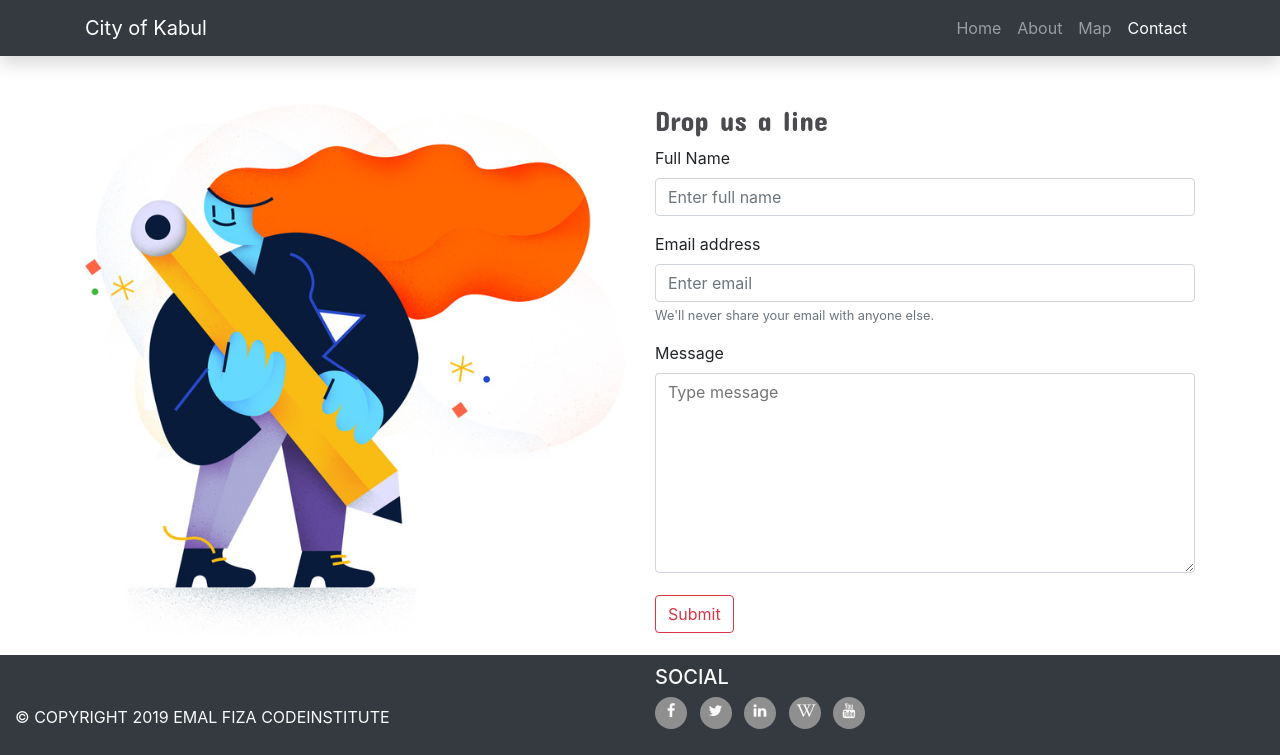
Repository: emalfiza/project-kabul
Page: contact.html
The author's editor kept a record of every edit. The page is drawn from the files as they stood at one moment, then again after the next edit.
The browser window is 1280 px wide. The pictures show the whole page.
Some web fonts or font styles are not loaded; a fallback is used. Some web libraries are served in a nearby version.

Above is the page before.

After the next edit:
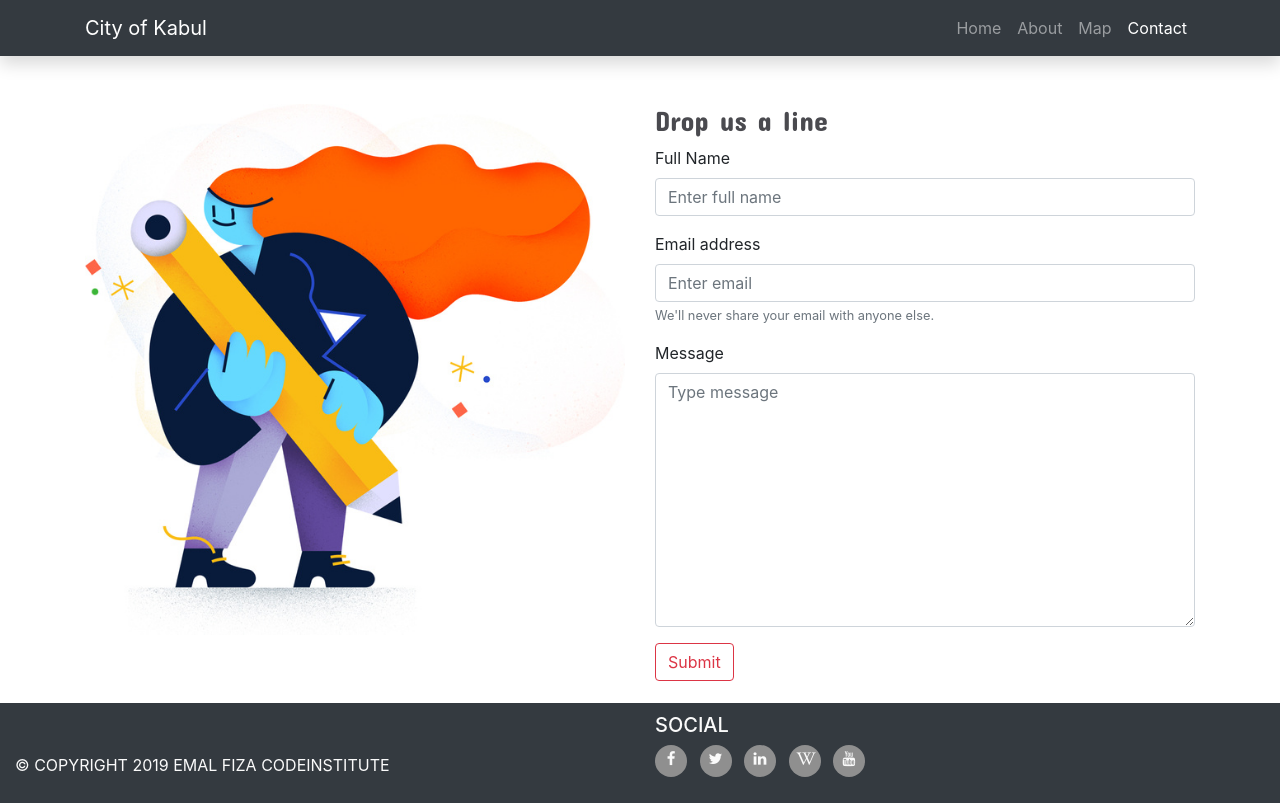
The edit:
--- a/contact.html
+++ b/contact.html
@@ -64,7 +64,7 @@
             <div class="form-group">
               <label for="message">Message</label>
               <br>
-              <textarea class="message" id="message" name="text" placeholder="Type message"></textarea>
+              <textarea class="form-control message" id="message" name="text" placeholder="Type message" rows="10"></textarea>
             </div>
             <button type="submit" class="btn btn-outline-danger">Submit</button>
           </form>
